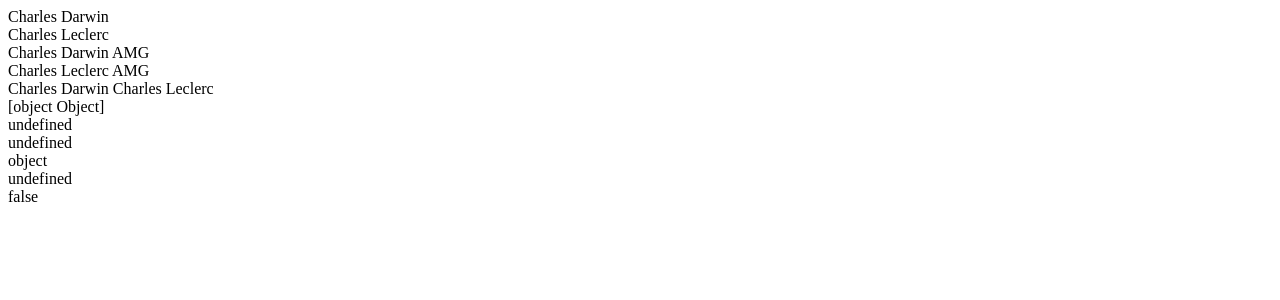
Repository: raghav3003/Simplilearn_phase4
Page: Javascript_phase_4_programs/public/prototype.html
The author's editor kept a copy of each file at every save. The page is drawn from the files as they stood at one save, then again after the next save.
The browser window is 1280 px wide. The pictures show the whole page.

Above is the page before, as saved 2021-06-29 10:24:04.

After the next save:
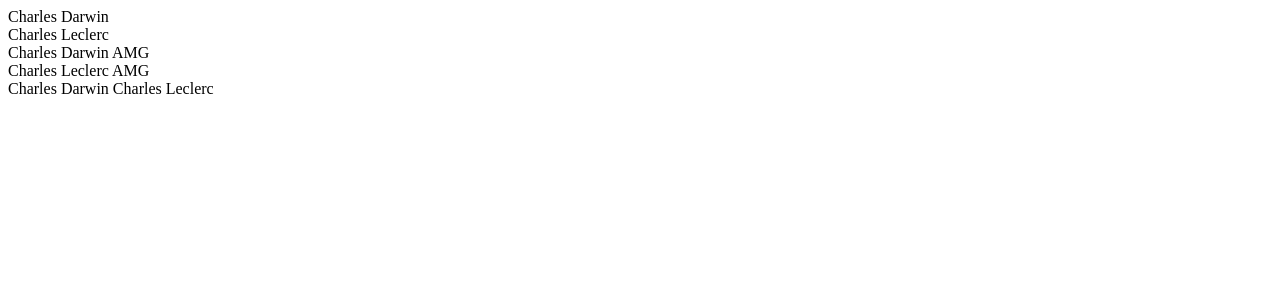
Saved 21 s later.
--- a/Javascript_phase_4_programs/public/prototype.html
+++ b/Javascript_phase_4_programs/public/prototype.html
@@ -31,59 +31,6 @@
 	document.write(emp2.firstName + ' ' + emp2.lastName + ' ' + emp2.company + '<br>');
 	document.write(emp1.fullName() + ' ' + emp2.fullName() + '<br>');
 
-	function Student () {
-		this.name = 'Charled';
-		this.gender = 'Male';
-	}
-
-	Student.prototype.age = 15;
-
-	var studObj1 = new Student();
-	alert(studObj1.age);
-
-	var studObj2 = new Student();
-	alert(studObj2.age);
-
-	Student.prototype = {age: 35};
-
-	var studObj3 = new Student();
-	alert(studObj3.age);
-	alert(studObj1.age);
-
-	var studObj = new Student();
-	document.write(Student.prototype + '<br>');
-	document.write(studObj.prototype + '<br>');
-	document.write(studObj._proto_ + '<br>');
-
-	document.write(typeof Student.prototype + '<br>');
-	document.write(typeof studObj.prototype + '<br>');
-	document.write(Student.prototype === studObj._proto_ + '<br>');
-
-	function Stud () {
-		this.name = 'John';
-		this.gender = 'M';
-	}
-
-	var studObj = new Stud();
-
-	Stud.prototype.sayHi = function () {
-		alert('Hi');
-	}
-
-	var studObj = new Stud();
-	var proto = Object.getPrototypeOf(studObj);
-
-	alert(proto.constructor);
-	alert(proto.sayHi);
-
-	let animal = {
-		eats: true
-	}
-
-	let rabbit = Object.create(animal);
-
-
-
 </script>
 </body>
 </html>
